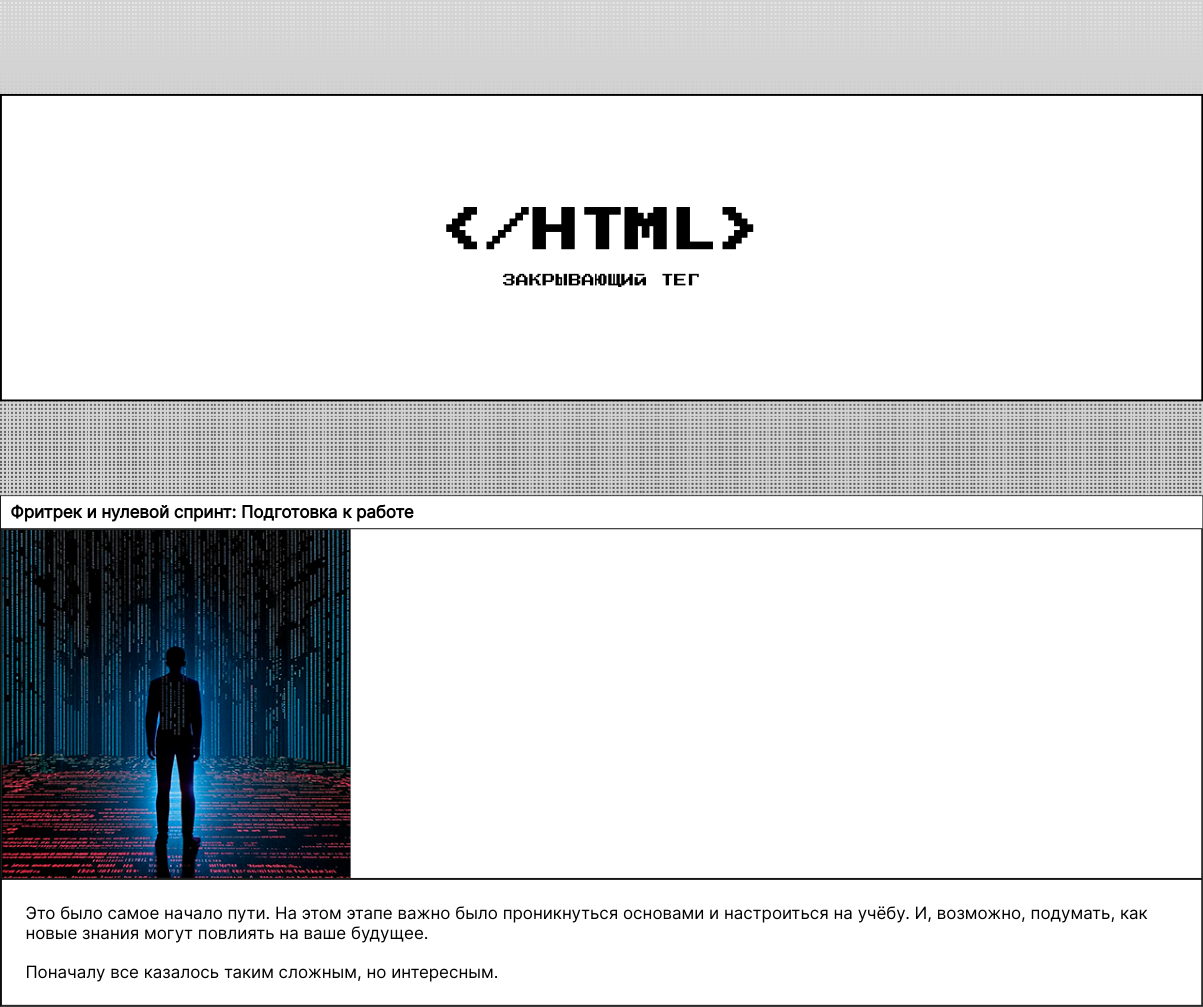
Repository: NikWolf75/zakrivayuschiy-teg-f
Page: index.html
An editor plug-in stored every save of this project. The page is shown before and after the next save, followed by the edit.
The browser window is 1280 px wide. The pictures show the whole page, at 94% of full size.
Backgrounds fixed to the window are drawn as part of the page.

Above is the page before, as saved 2025-03-16 17:43:34.

After the next save:
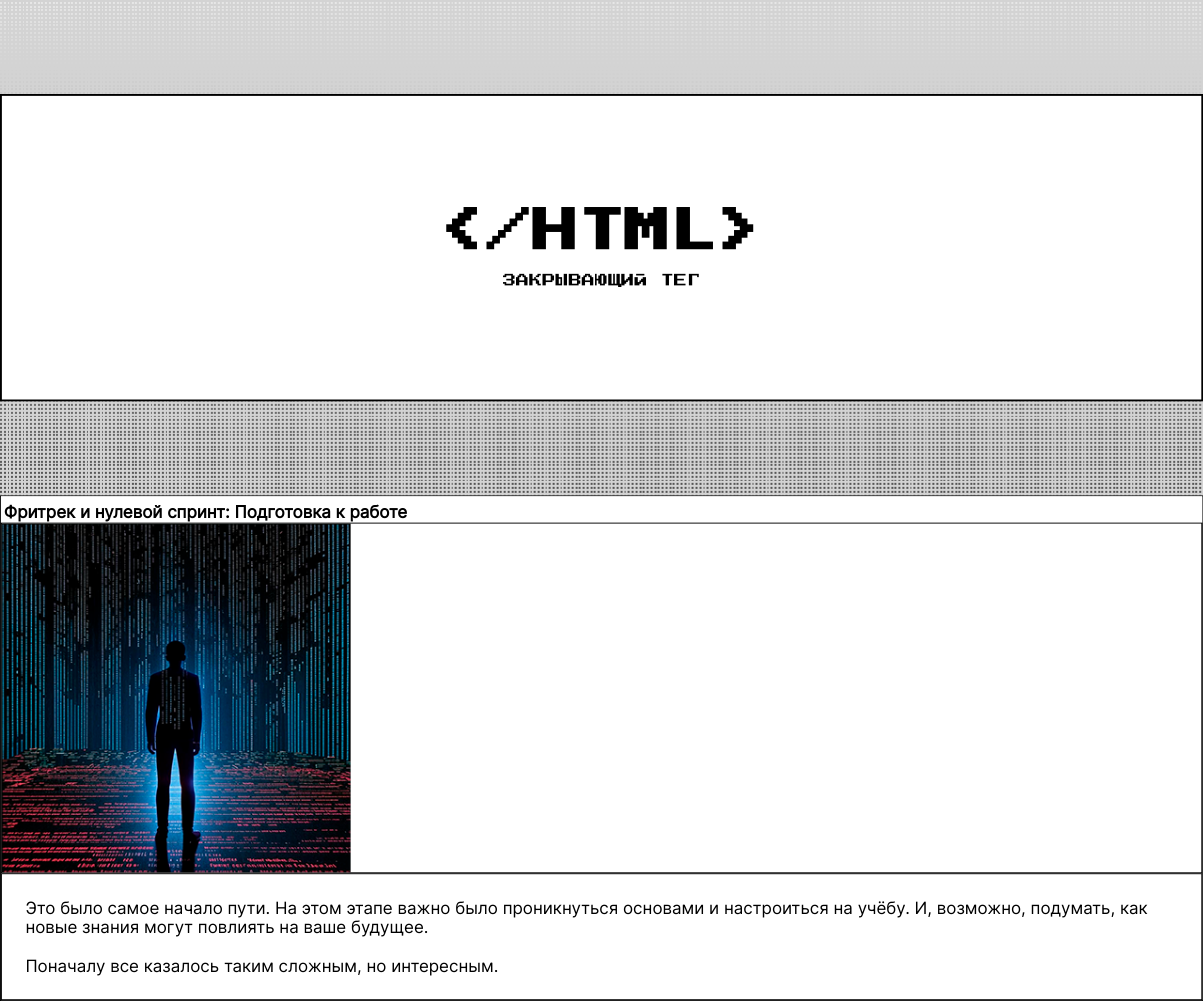
Saved 49 s later.
--- a/styles/style.css
+++ b/styles/style.css
@@ -67,7 +67,7 @@
   font-weight: var(--font-weight-bold);
   font-size: 18px;
   border: 1px var(--backround-color) solid;
-  padding: 6px 9px;
+  padding: 6px 9px 0 2px;
   line-height: 1.1;
 }
 
